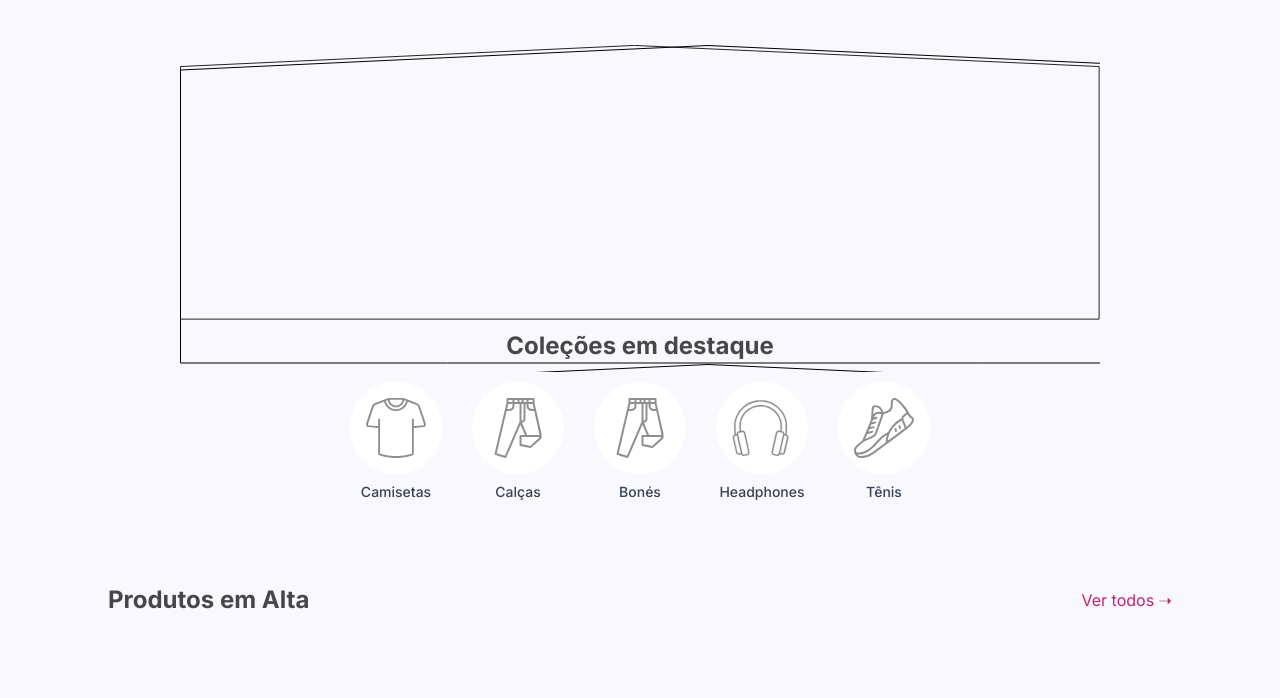
Repository: gimoli/loja-digital
Page: index.html
These files come from the project's save history. The page is drawn as it stood at one moment and after the next save; the edit follows.
The browser window is 1280 px wide. The pictures show the part of the page from y = 1287 to 1985 px (the page is 1985 px tall before and 1710 px after).

Above is the page before, as saved 2025-04-25 15:41:15.

After the next save:
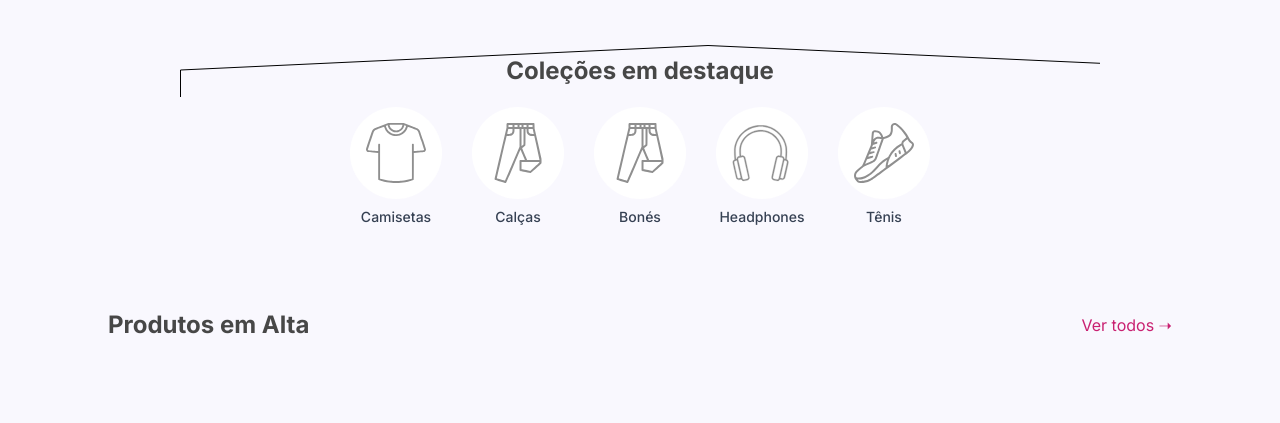
Saved 13 s later.
--- a/index.html
+++ b/index.html
@@ -128,7 +128,7 @@
     <section class=" flex flex-col gap-15 px-[180px] py-[10px] bg-(--sec-color)">
 
         <div class="flex flex-col bg-[url(/assets/borda.svg)] ">
-            <img src="/assets/borda.svg" alt="foto da borda" class="top-10 " />
+
             <h4 class="text-(--dark-gray-2) font-bold text-2xl text-center py-[10px]">
                 Coleções em destaque
             </h4>
